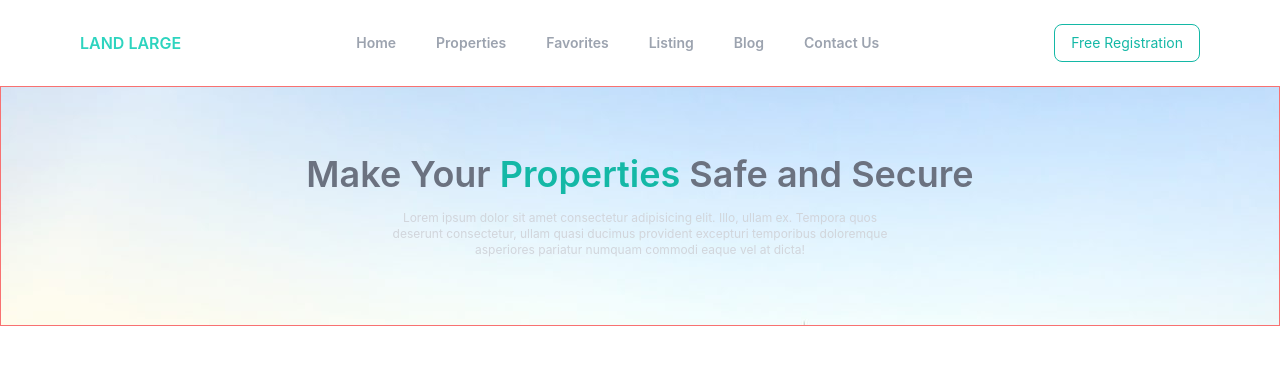
Repository: MuniruIssah/realestate
Page: /
An editor plug-in stored every save of this project. The page is shown before and after the next save, followed by the edit.
The browser window is 1280 px wide. The pictures show the whole page.
The project was rebuilt for these pictures with package versions that can differ from the ones it lists, and the page was loaded fresh each time. Also part of the build but not shown: src/App.css.

Above is the page before, as saved 2022-02-19 22:01:13.

After the next save:
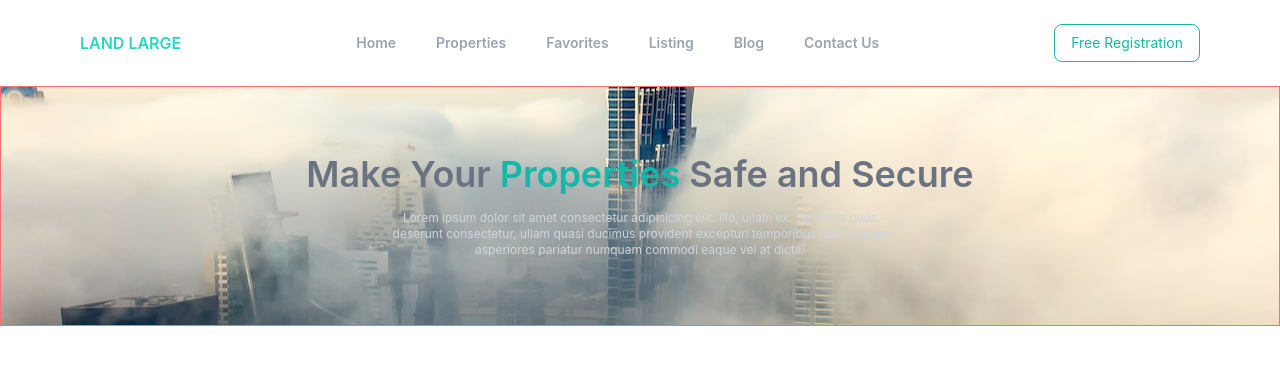
Saved 5 s later.
--- a/src/components/Jumbotron.js
+++ b/src/components/Jumbotron.js
@@ -4,7 +4,7 @@ const Jumbotron = () => {
   return (
     <div
       style={{ backgroundImage: `url(${building})` }}
-      className="h-1/3 flex flex-col justify-center items-center space-y-4 w-full border border-red-400 bg-no-repeat "
+      className="h-1/3 flex flex-col justify-center items-center space-y-4 w-full border border-red-400 bg-no-repeat bg-center"
     >
       <span className="lg:text-4xl text-gray-500 text-center font-semibold">
         Make Your <span className="text-teal-500">Properties</span> Safe and
